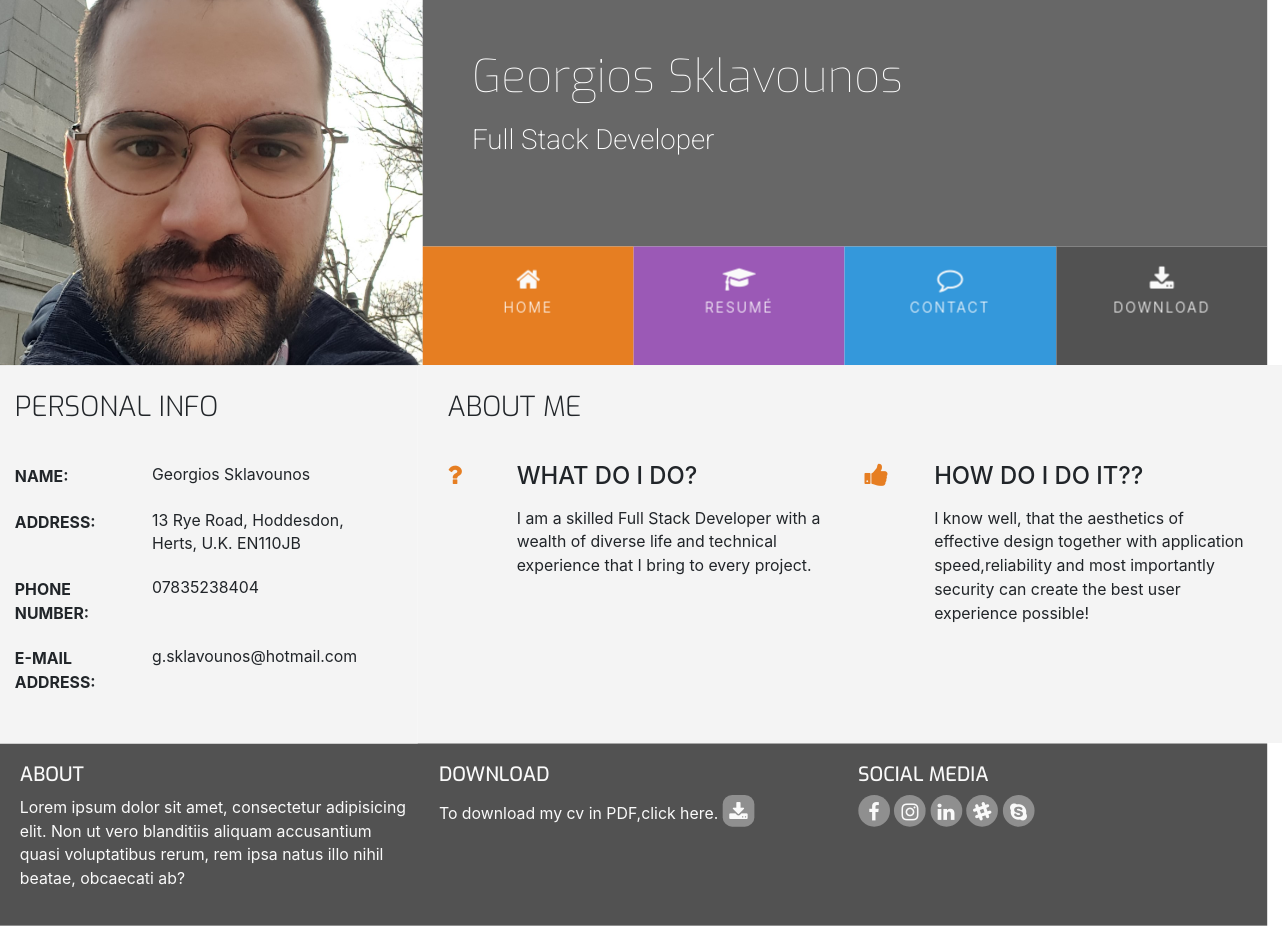
Repository: GeorgiosSklav/MyResume
Page: resume.html
The author's editor kept a record of every edit. The page is drawn from the files as they stood at one moment, then again after the next edit.
The browser window is 1280 px wide. The page is 1295 px wide, so the pictures cover 1295 px, including what lies to the right of the window. The pictures show the whole page, at 99% of full size.

Above is the page before.

### resume.html
<!DOCTYPE html>
<html lang="en">

<head>
    <meta charset="UTF-8">
    <meta name="viewport" content="width=device-width, initial-scale=1.0">
    <meta http-equiv="X-UA-Compatible" content="ie=edge">
    <link rel="stylesheet" href="https://stackpath.bootstrapcdn.com/bootstrap/4.3.1/css/bootstrap.min.css" type="text/css" />
    <link rel="stylesheet" href="https://stackpath.bootstrapcdn.com/font-awesome/4.7.0/css/font-awesome.min.css" type="text/css" />
    <link rel="stylesheet" href="assets/css/style.css" type="text/css" />
    <link rel="stylesheet" href="https://cdnjs.cloudflare.com/ajax/libs/hover.css/2.3.1/css/hover-min.css" type="text/css" />
    <title>Georgios Sklavounos resume</title>
</head>

<body>
    <header>
        <div class="row no-gutters">
            <a href="index.html" class="col-md-4 logo">

            </a>
            <div class="col-md-8">
                <div class="row no-gutters bg-color-name-title">
                    <div class="col heading">
                        <h1 class="name">Georgios Sklavounos</h1>
                        <h2 class="title">Full Stack Developer</h2>
                    </div>
                </div>
                <div class="row no-gutters">
                    <div class="col">
                        <ul id="nav" class="list-inline menucontainer">
                            <li class="col-6 col-sm-3 color-home list-inline-item menu-item">
                                <a href="#" class="hvr-sweep-to-right"><i class="fa fa-home" aria-hidden="true"></i><span>Home</span></a>
                            </li>
                            <li class="col-6 col-sm-3 color-resume list-inline-item menu-item">
                                <a href="#" class="hvr-sweep-to-left"><i class="fa fa-graduation-cap" aria-hidden="true"></i><span>Resumé</span></a>
                            </li>
                            <li class="col-6 col-sm-3 color-contact list-inline-item menu-item">
                                <a href="#" class="hvr-sweep-to-right"><i class="fa fa-comment-o" aria-hidden="true"></i><span>Contact</span></a>
                            </li>
                            <li class="col-6 col-sm-3 color-download list-inline-item menu-item">
                                <a href="#" class="hvr-sweep-to-left"><i class="fa fa-download" aria-hidden="true"></i><span>Download</span></a>
                            </li>
                        </ul>
                    </div>
                </div>
            </div>
    </header>
    <setion class="container-fluid">
        <div class="row">
            <div class="col-md-4 bg-color-personal-info section-column">
                <div class="row">
                    <div class="col-12">
                        <h3 class="section-heading uppercase">Personal Info</h3>
                    </div>
                </div>
                <div class="personal-info-item">
                    <div class="key">
                        <p class="uppercase">Name:</p>
                    </div>
                    <div class="value">
                        <p>Georgios Sklavounos</p>
                    </div>
                </div>
                <div class="personal-info-item">
                    <div class="key">
                        <p class="uppercase">Address:</p>
                    </div>
                    <div class="value">
                        <p>13 Rye Road, Hoddesdon, Herts, U.K. EN110JB</p>
                    </div>
                </div>
                <div class="personal-info-item">
                    <div class="key">
                        <p class="uppercase">Phone Number:</p>
                    </div>
                    <div class="value">
                        <p>07835238404</p>
                    </div>
                </div>
                <div class="personal-info-item">
                    <div class="key">
                        <p class="uppercase">E-mail address:</p>
                    </div>
                    <div class="value">
                        <p>g.sklavounos@hotmail.com</p>
                    </div>
                </div>
            </div>
            <div class="col-md-8 bg-color-three-reasons section-column">
                <div class="row">
                    <div class="col">
                        <h3 class="section-heading uppercase">About Me</h3>
                    </div>
                </div>
                <div class="row">
                    <div class="col-10 offset-1 offset-sm-0 col-sm-4 col-md-6">
                        <div class="row">
                            <div class="col-2">
                                <i class="three-reasons-icon fa fa-question" aria-hidden="true"></i>
                            </div>
                            <div class="col-10">
                                <h4 class="three-reason-heading uppercase">What do I do?</h4>
                                <p>I am a skilled Full Stack Developer with a wealth of diverse life and technical experience that I bring to every project.</p>
                            </div>
                        </div>
                    </div>
                    <div class="col-10 offset-1 offset-sm-0 col-sm-4 col-md-6">
                        <div class="row">
                            <div class="col-2">
                                <i class="three-reasons-icon fa fa-thumbs-up" aria-hidden="true"></i>
                            </div>
                            <div class="col-10">
                                <h4 class="three-reason-heading uppercase">How do I do it??</h4>
                                <p>I know well, that the aesthetics of effective design together with application speed,reliability and most importantly security can create the best user experience possible!</p>
                            </div>
                        </div>
                    </div>
                </div>
            </div>
        </div>
    </setion>
    <footer class="container-fluid">
        <div class="row" id="footer-details">
            <div class="col-sm-4">
                <h5 class="uppercase general-sub">About</h5>
                <p class="inline-block">
                    Lorem ipsum dolor sit amet, consectetur adipisicing elit. Non ut vero blanditiis aliquam accusantium quasi voluptatibus rerum, rem ipsa natus illo nihil beatae, obcaecati ab?
                </p>
            </div>
            <div class="col-sm-4">
                <h5 class="uppercase general-sub">Download</h5>
                <p class="inline-block">
                    To download my cv in PDF,click here.
                    <a href="#" target="_blank" class="cv-pdf">
                        <i class="fa fa-download" aria-hidden="true"></i>
                        <span class="sr-only">Download icon.</span>
                    </a>
                </p>
            </div>
            <div class="col-sm-4">
                <h5 class="uppercase general-sub">Social Media</h5>
                <ul class="list-inline social-links">
                    <li class="list-inline-item">
                        <a target="_blank" href="#">
                            <i class="fa fa-facebook"></i>
                            <span class="sr-only">Facebook</span>
                        </a>
                    </li>
                    <li class="list-inline-item">
                        <a target="_blank" href="#">
                            <i class="fa fa-instagram"></i>
                            <span class="sr-only">Instagram</span>
                        </a>
                    </li>
                    <li class="list-inline-item">
                        <a target="_blank" href="#">
                            <i class="fa fa-linkedin"></i>
                            <span class="sr-only">Linked-In</span>
                        </a>
                    </li>
                    <li class="list-inline-item">
                        <a target="_blank" href="#">
                            <i class="fa fa-slack"></i>
                            <span class="sr-only">Slack</span>
                        </a>
                    </li>
                    <li class="list-inline-item">
                        <a target="_blank" href="#">
                            <i class="fa fa-skype"></i>
                            <span class="sr-only">Skype</span>
                        </a>
                    </li>
                </ul>
            </div>
        </div>
    </footer>
</body>

</html>

### assets/css/style.css
@import url('https://fonts.googleapis.com/css?family=Roboto:100,200,300,400,500,600,700|Exo:100,200,300,400,500,600,700');



/*-------------------------colours*/

.bg-color-name-title {
    background-color: #676767;
}

.color-home {
    background-color: #e67e22;
}

.color-resume {
    background-color: #9b59b6;
}

.color-contact {
    background-color: #3498db;
}

.color-download {
    background-color: #525252;
}

.bg-color-three-reasons {
    background-color: #f4f4f4;
}

.bg-color-personal-info {
    background-color: #f4f4f4;
}


/*---------------------------------Paddings,texts,etc*/

h1,
h2,
h3,
h4 {
    margin: 0;
}

.uppercase {
    text-transform: uppercase;
}

.general-sub {
    font-family: "Exo", sans-serif;
    color: #fafafa;
}

.inline-block {
    display: inline-block;
}

.row-table {
    display: table;
}

.section-column {
    display: table-cell;
    padding: 0 30px 30px;
    float: none;
}

.section-heading {
    font-family: "Exo", sans-serif;
    font-weight: 300;
    margin-top: 25px;
    margin-bottom: 40px;
}

/*----------------------Container-fluid*/

.container-fluid {
    width: 100%;
    padding: 0;
    padding-bottom: 0;
    margin-right: auto;
    margin-left: auto;
}

/*----------------------heading*/

header {
    margin: 0;
}

.heading {
    margin-left: 50px;
}

.logo {
    background: url("../images/pic2.jpg");
    background-position: center;
    background-repeat: no-repeat;
    background-size: cover;
    min-height: 360px;
    transition: all 0.5s ease-in-out;
    -moz-transition: all 0.5s ease-in-out;
    -webkit-transition: all 0.5s ease-in-out;

}

.name {
    font-family: "Exo", sans-serif;
    font-weight: 100;
    font-size: 46px;
    margin-top: 50px;
    color: #fff;
}

.title {
    font-family: "Roboto", sans-serif;
    font-weight: 200;
    font-size: 28px;
    margin-top: 20px;
    margin-bottom: 90px;
    color: #fff;
}

.list-inline-item:not(:last-child) {
    margin: 0;
}

.menucontainer {
    font-size: 0;
}

#nav {
    margin: 0;
}

#nav li {
    font-size: 14px;
    padding: 0;
}

.menu-item {
    height: 120px;
    text-align: center;
    padding: 0;
}

.menu-item a {
    width: 100%;
    text-decoration: none;
    color: #fff;
    height: 120px;
}

.menu-item a i {
    padding-top: 20px;
    display: block;
    color: #fafafa;
    font-size: 26px;
}

.menu-item span {
    display: block;
    width: 100%;
    padding-top: 5px;
    text-align: center;
    text-transform: uppercase;
    font-size: 14px;
    font-weight: 300;
    letter-spacing: 2px;
}

/*--------------------------hover style*/

.hvr-sweep-to-right:before {
    background: rgb(0, 0, 0);
    height: 120px;
}

.hvr-sweep-to-left:before {
    background: rgba(0, 0, 0, 0.2);
    height: 120px;
}

/*---------------------------------footer*/

footer {
    background-color: #525252;
    color: #fafafa;
    min-height: 120px;
    margin: 0;
}

.social-links i {
    width: 32px;
    height: 32px;
    padding: 12px 0;
    border-radius: 50%;
    font-size: 20px;
    line-height: 10px;
    text-align: center;
    color: #fafafa;
    background: #8f8f8f;
    transition: all 0.35s ease-in-out;
    -moz-transition: all 0.35s ease-in-out;
    -o-transition: all 0.35s ease-in-out;
    -webkit-transition: all 0.35s ease-in-out;

}

.cv-pdf i {
    /*font-size: 19px;
    text-align: center;
    color: #fafafa;
    padding-left: 5px;
    transition: all 0.35s ease-in-out;
    -moz-transition: all 0.35s ease-in-out;
    -o-transition: all 0.35s ease-in-out;
    -webkit-transition: all 0.35s ease-in-out;*/
    width: 32px;
    height: 32px;
    padding: 12px 0;
    border-radius: 30%;
    font-size: 20px;
    line-height: 10px;
    text-align: center;
    color: #fafafa;
    background: #8f8f8f;
    transition: all 0.35s ease-in-out;
    -moz-transition: all 0.35s ease-in-out;
    -o-transition: all 0.35s ease-in-out;
    -webkit-transition: all 0.35s ease-in-out;


}

.cv-pdf i:hover {
    color: #e84610;
}

.social-links i:hover {
    color: #8f8f8f;
    background: #e84610;
}

#footer-details {
    padding: 20px;
}

/*----------------------three-reasons*/

.three-reasons-icon {
    font-size: 26px;
    color: #e67e22;
}

.three-reason-heading {
    margin-bottom: 15px;
}

/*----------------------personal-info*/

.personal-info-item {
    margin-bottom: 20px;
    display: block;
    clear: both;
}

.personal-info-item .key,
.personal-info-item .value {
    padding-right: 8px;
    display: inline-block;
}

.personal-info-item .key p,
.personal-info-item .value p {
    margin: 0;
}

.personal-info-item .key {
    width: 30%;
    margin-right: 21px;
    padding-top: 2px;
    vertical-align: top;
}

.personal-info-item .key p {
    font-weight: 700;
}

.personal-info-item .value {
    width: 60%;
    position: relative;
}

After the next edit:
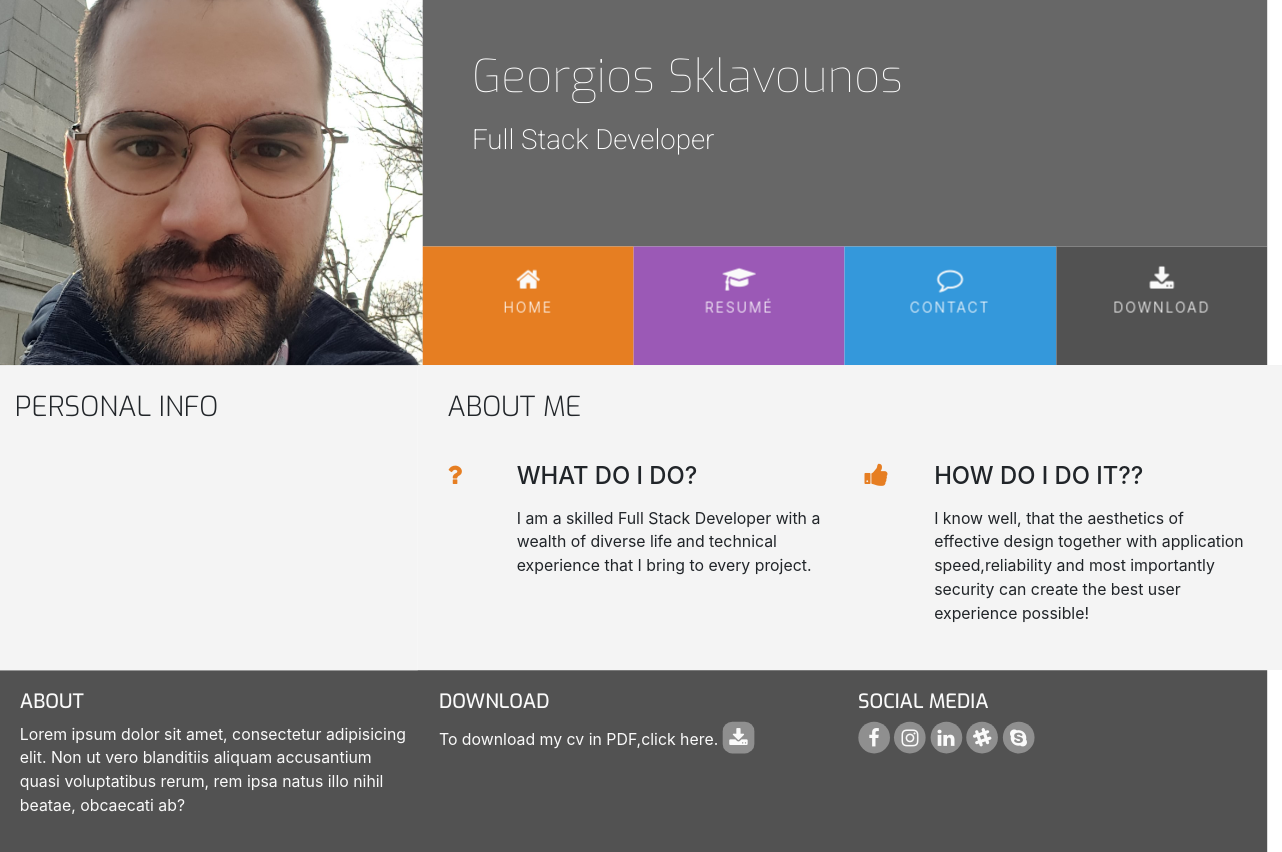
The edit:
--- a/resume.html
+++ b/resume.html
@@ -51,38 +51,6 @@
                 <div class="row">
                     <div class="col-12">
                         <h3 class="section-heading uppercase">Personal Info</h3>
-                    </div>
-                </div>
-                <div class="personal-info-item">
-                    <div class="key">
-                        <p class="uppercase">Name:</p>
-                    </div>
-                    <div class="value">
-                        <p>Georgios Sklavounos</p>
-                    </div>
-                </div>
-                <div class="personal-info-item">
-                    <div class="key">
-                        <p class="uppercase">Address:</p>
-                    </div>
-                    <div class="value">
-                        <p>13 Rye Road, Hoddesdon, Herts, U.K. EN110JB</p>
-                    </div>
-                </div>
-                <div class="personal-info-item">
-                    <div class="key">
-                        <p class="uppercase">Phone Number:</p>
-                    </div>
-                    <div class="value">
-                        <p>07835238404</p>
-                    </div>
-                </div>
-                <div class="personal-info-item">
-                    <div class="key">
-                        <p class="uppercase">E-mail address:</p>
-                    </div>
-                    <div class="value">
-                        <p>g.sklavounos@hotmail.com</p>
                     </div>
                 </div>
             </div>
